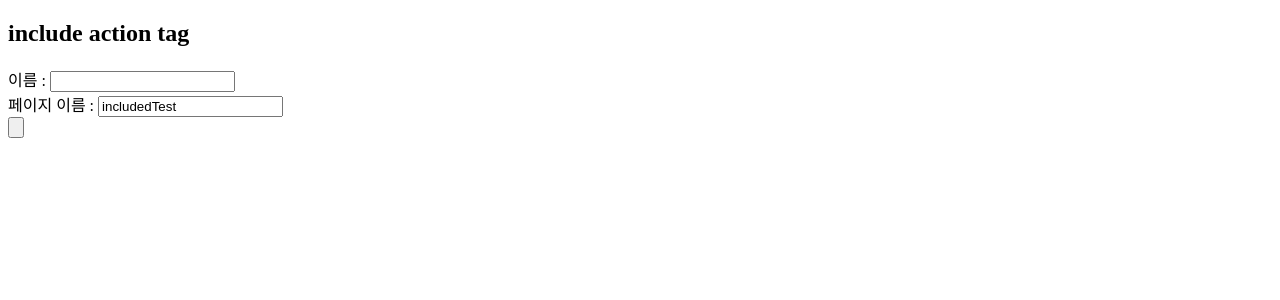
Repository: dongkeyyyy/java
Page: http://localhost/actiontag319/includeTestForm.jsp
These files come from the project's save history. The page is drawn as it stood at one moment and after the next save; the edit follows.
The browser window is 1280 px wide. The pictures show the whole page.
The page is served by Tomcat 9.

Above is the page before, as saved 2021-03-19 00:54:20.

After the next save:
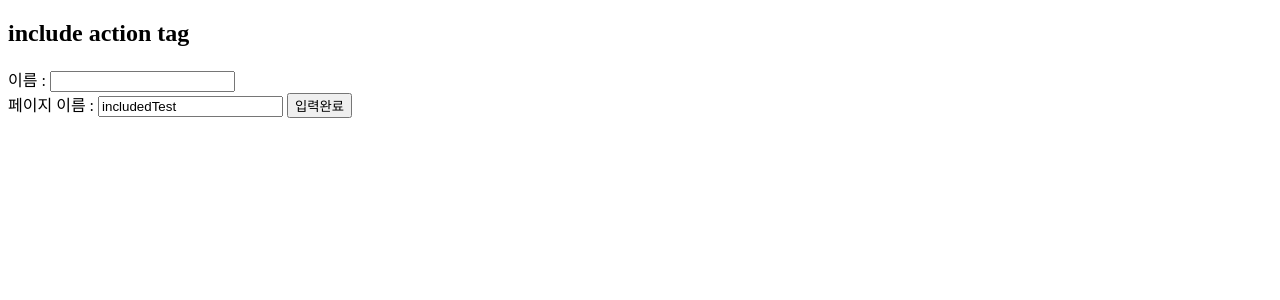
Saved 102 s later.
--- a/0318~0319/Java/actiontag319/WebContent/includeTestForm.jsp
+++ b/0318~0319/Java/actiontag319/WebContent/includeTestForm.jsp
@@ -10,8 +10,8 @@
 	<h2>include action tag</h2>
 	<form method="post" action="include.jsp">
 	이름 : <input type="text" name="name"><br>
-	페이지 이름 : <input type="text" name="pageName" value="includedTest"><br>
-	<input type="button" 입력 완료>
+	페이지 이름 : <input type="text" name="pageName" value="includedTest">
+	<input type="submit" value="입력완료">
 	</form>
 
 </body>
